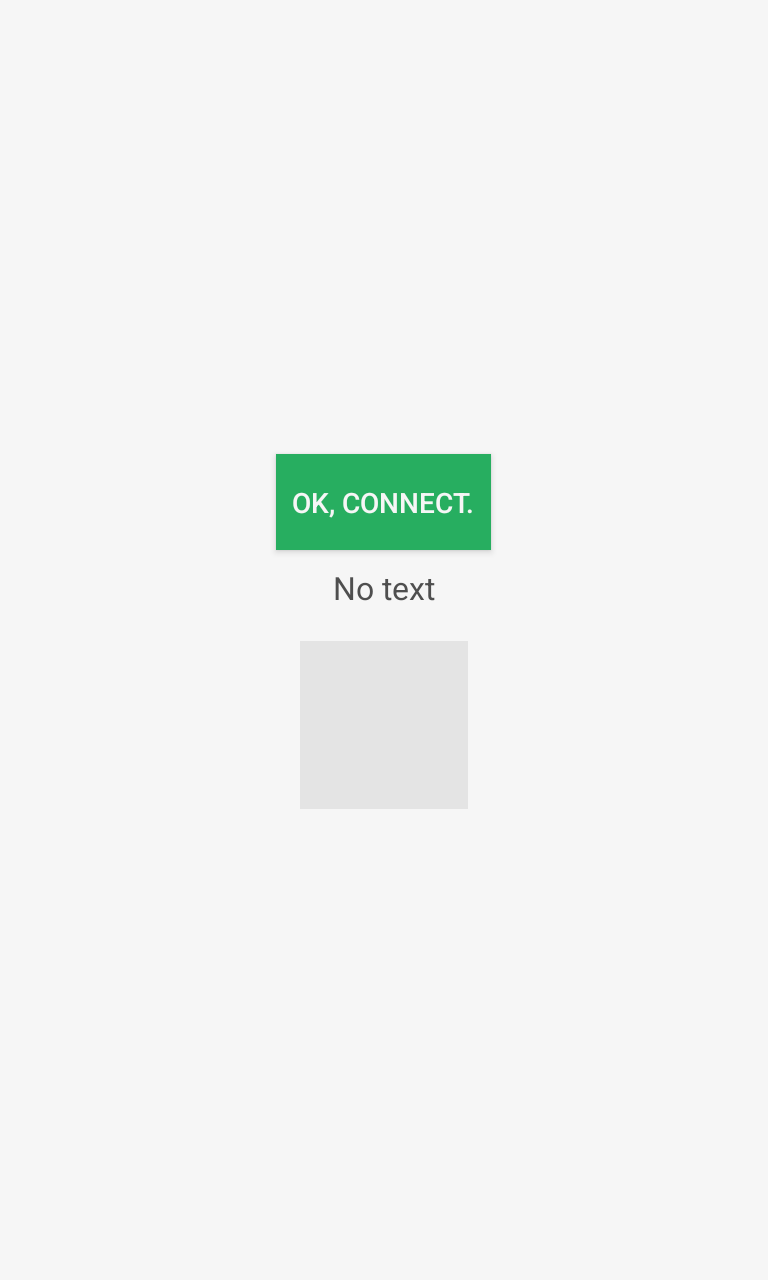
Repository: Vierco/Get_elements_from_web_and_caching
Layout: Guidelines_template/template/res/layout/hello.xml
These files come from the project's save history. The layout is drawn as it stood at one moment and after the next save; the edit follows.
It is drawn on a 768 x 1280 px phone screen (xhdpi) without system bars, with theme AppTheme; the app's code is not run.

Above is the layout before, as saved 2014-05-01 20:19:32.

### Guidelines_template/template/res/layout/hello.xml
<LinearLayout xmlns:android="http://schemas.android.com/apk/res/android"
    xmlns:tools="http://schemas.android.com/tools"
    android:id="@+id/container"
    android:layout_width="match_parent"
    android:layout_height="match_parent"
    android:layout_marginBottom="@dimen/activity_vertical_margin"
    android:layout_marginLeft="@dimen/activity_horizontal_margin"
    android:layout_marginRight="@dimen/activity_horizontal_margin"
    android:layout_marginTop="@dimen/activity_vertical_margin"
    android:background="@color/white"
    android:gravity="center"
    android:orientation="vertical"
    tools:context="vierco.com.example.template.Hello" >

    <Button
        android:id="@+id/BT_connect"
        android:layout_width="wrap_content"
        android:layout_height="wrap_content"
        android:layout_gravity="center"
        android:background="@color/green"
        android:padding="@dimen/views_padding"
        android:text="@string/TXconnect"
        android:textColor="@color/white" />

    <TextView
        android:id="@+id/textView1"
        android:layout_width="wrap_content"
        android:layout_height="wrap_content"
        android:padding="@dimen/views_padding"
        android:text="@string/TXnoText"
        android:textColor="@color/text_color"
        android:textSize="@dimen/default_text_size" />

    <ImageView
        android:id="@+id/imageView1"
        android:layout_width="100dp"
        android:layout_height="100dp"
        android:padding="@dimen/views_padding"
        android:src="@color/grey" />

</LinearLayout>

### Guidelines_template/template/res/values/dimens.xml
<resources>

    <!-- Default screen margins, per the Android Design guidelines. -->
    <dimen name="views_padding">8dp</dimen>
    <dimen name="default_text_padding">3dp</dimen>
    <dimen name="title_text_padding">4dp</dimen>
    <dimen name="activity_horizontal_margin">9dp</dimen>
    <dimen name="activity_vertical_margin">9dp</dimen>
    <dimen name="default_text_size">16dp</dimen>
    <dimen name="title_text_size">22dp</dimen>
    <dimen name="subtitle_text_size">14dp</dimen>
    <dimen name="annotations_text_size">11dp</dimen>
    <dimen name="action_bar_text_size">13dp</dimen>
    <dimen name="button_text_size">15dp</dimen>

</resources>

### Guidelines_template/template/res/values/colors.xml
<?xml version="1.0" encoding="utf-8"?>
<resources>

    <color name="green">#27ae60</color>
    <color name="white">#f6f6f6</color>
    <color name="grey">#e4e4e4</color>
    <color name="text_color">#4f4f4f</color>

</resources>

### Guidelines_template/template/res/values/strings.xml
<?xml version="1.0" encoding="utf-8"?>
<resources>

    <string name="app_name">template</string>
    <string name="action_settings">Settings</string>
    <string name="TXconnect">Ok, connect.</string>
    <string name="TXnoText">No text</string>

</resources>

Loaded but not shown: Guidelines_template/template/res/values/styles.xml (common file); Guidelines_template/template/res/values-v11/styles.xml (common file); Guidelines_template/template/res/values-v14/styles.xml (common file); Guidelines_template/template/res/values-w820dp/dimens.xml (common file)

After the next save:
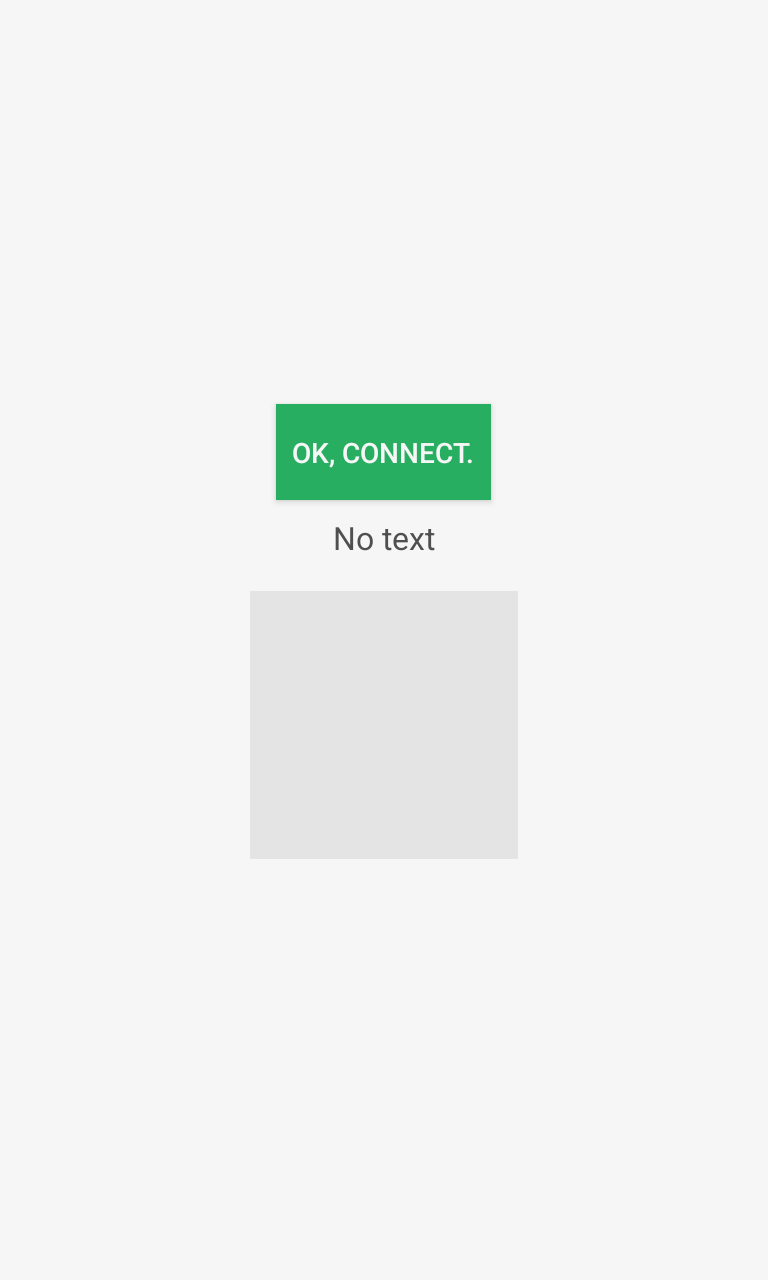
Saved 10 s later.
--- a/Guidelines_template/template/res/layout/hello.xml
+++ b/Guidelines_template/template/res/layout/hello.xml
@@ -33,8 +33,8 @@
 
     <ImageView
         android:id="@+id/imageView1"
-        android:layout_width="100dp"
-        android:layout_height="100dp"
+        android:layout_width="150dp"
+        android:layout_height="150dp"
         android:padding="@dimen/views_padding"
         android:src="@color/grey" />
 
